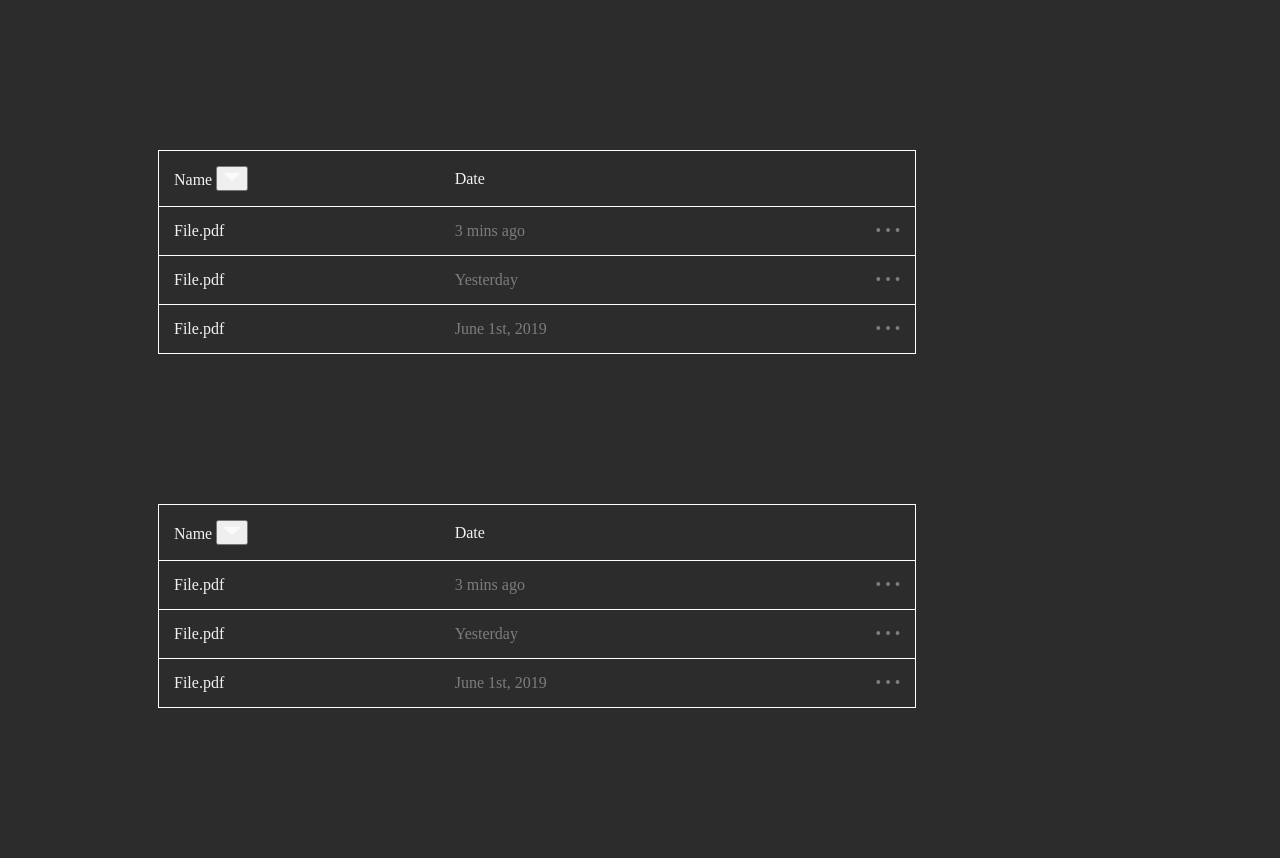
Repository: batonAnton/Hw5-table
Page: index.html
An editor plug-in stored every save of this project. The page is shown before and after the next save, followed by the edit.
The browser window is 1280 px wide. The pictures show the whole page.

Above is the page before, as saved 2022-06-13 18:48:34.

After the next save:
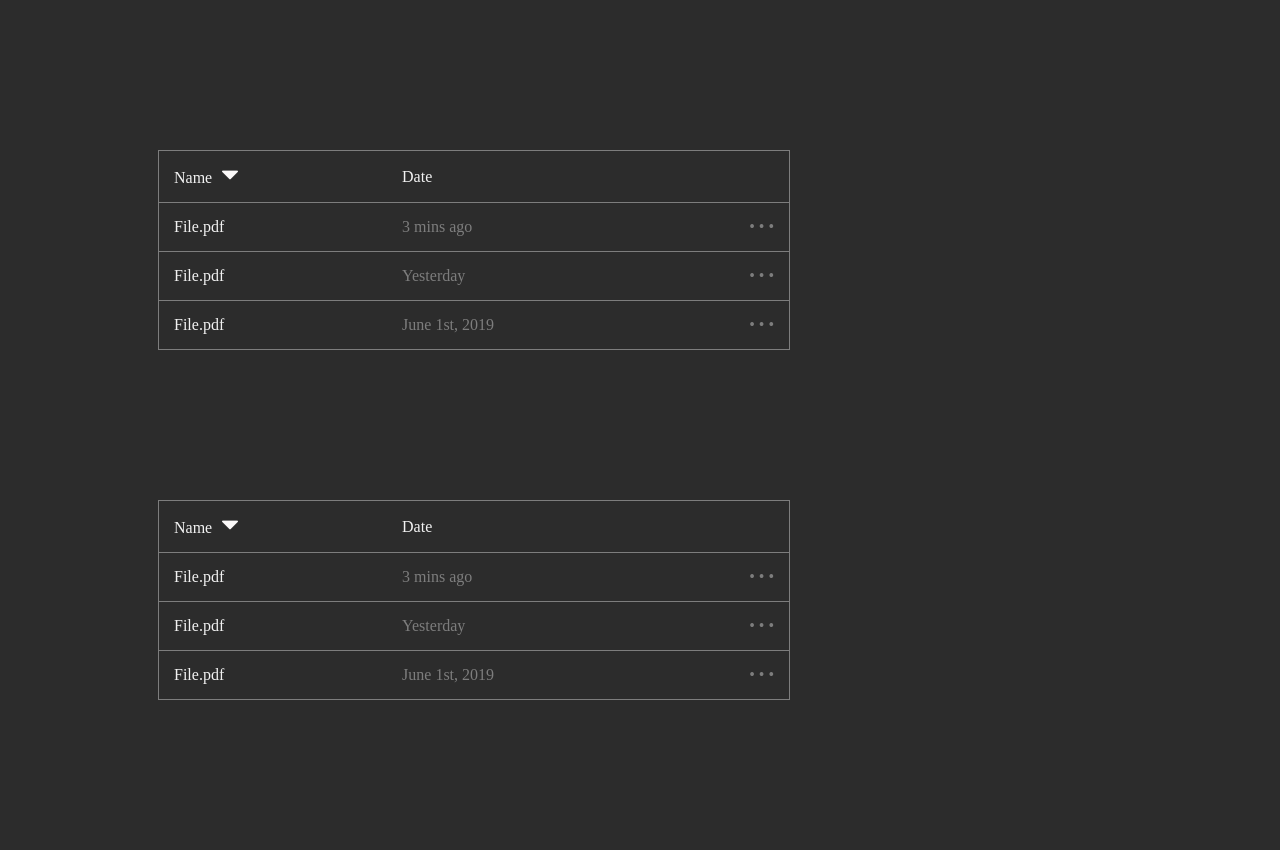
Saved 69 s later.
--- a/css/style.css
+++ b/css/style.css
@@ -4,15 +4,15 @@
 }
 
 table{
-    border: 1px solid #fff;
+    border: 1px solid rgb(125,125,125);
     margin: 150px;
-    width: 60%;
+    width: 50%;
     border-collapse: collapse;
   border-spacing: 0;
 }
 
 td{
-    border-bottom: 1px solid #fff;
+    border-bottom: 1px solid rgb(125,125,125);
     padding: 15px;
 }
 
@@ -20,7 +20,7 @@
   text-align: right;
 }
 
-.button{
+button{
   background-color: rgb(44, 44, 44);
   border: none;
 }
